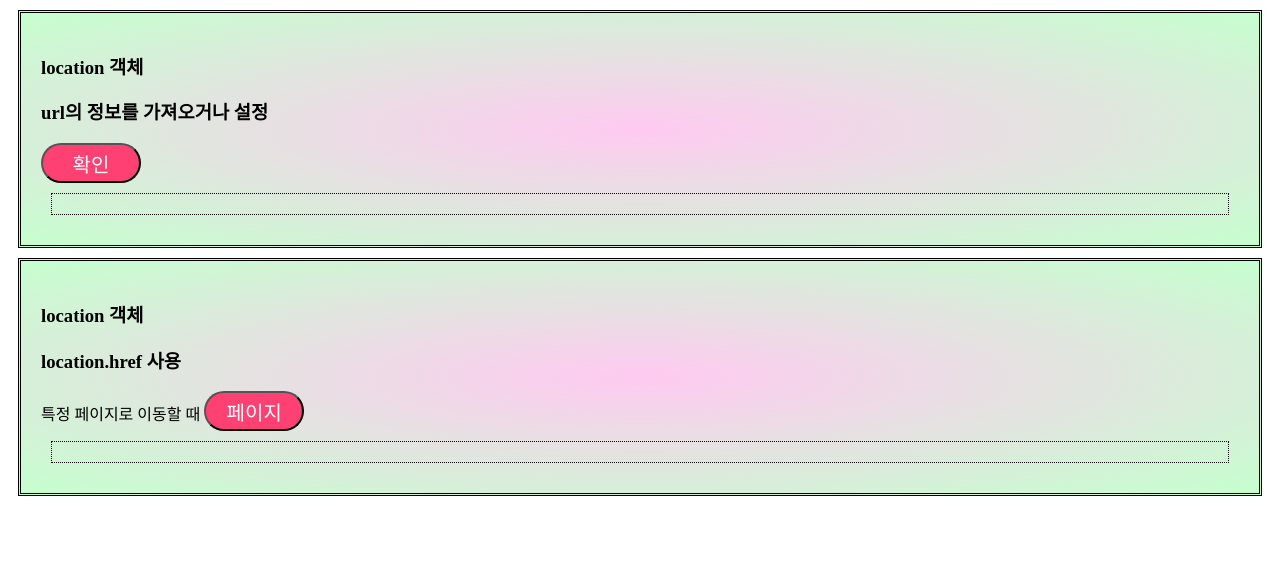
Repository: choidazzi/DDIT
Page: web programming/html/webpro/src/main/webapp/0512/location객체.html
An editor plug-in stored every save of this project. The page is shown before and after the next save, followed by the edit.
The browser window is 1280 px wide. The pictures show the whole page.

Above is the page before, as saved 2023-05-12 00:26:56.

### web programming/html/webpro/src/main/webapp/0512/location객체.html
<!DOCTYPE html>
<html>
<head>
<meta charset="UTF-8">
<title>Insert title here</title>
<link rel ="stylesheet" href="../css/my.css">
<script>
	proc1 = () => {
		vprotocol =location.protocol;
		vhostname = location.hostname;
		vport = location.port;
		vhost = location.host;
		vpathname = location.pathname;
		vhref = location.href;

		str = `protocol : ${vprotocol} <br>`;
		str += `hostname : ${vhostname} <br>`;
		str += `port : ${vport} <br>`;
		str += `host : ${vhost} <br>`;
		str += `pathname : ${vpathname} <br>`;
		str += `href : ${vhref} <br>`;

		document.getElementById('result1').innerHTML = str;
	}

	proc2 = () => {
		location.href = "../0510/Date객체.html"
	}
</script>
</head>
<body>
	<div class="box">
		<h3>location 객체</h3>
		<h3>url의 정보를 가져오거나 설정</h3>

		<input type="button" onclick="proc1()" value ="확인">
		<div id="result1" class="result"></div>
	</div>

	<div class="box">
		<h3>location 객체</h3>
		<h3>location.href 사용</h3>

		특정 페이지로 이동할 때
		<input type="button" onclick="location.htef='../0511/랜덤객체.html'" value ="페이지">
		<div id="result2" class="result"></div>
	</div>

</body>
</html>

### web programming/html/webpro/src/main/webapp/css/my.css
@charset "UTF-8";

pre {
	border: 4px double steelblue;
	border-left: none;
	border-right: none;
	background: #defedf;
	padding: 20px;
	margin: 10px;
	font-size: 1.5em;
}

.box {
	border: 3px double #000;
	margin: 10px;
	padding: 20px;
	background-image: radial-gradient(#FFCAF1,#C5FFCE);
}

.box input[type=button] {
		background: #fe4072;
		color: #fff;
		width: 100px;
		height: 40px;
		font-size: 20px;
		border-radius: 50px;
}

.box .result {
	border: 1px dotted black;
	margin: 10px;
	padding: 10px;
	font-size: 1.5rem;
}

After the next save:
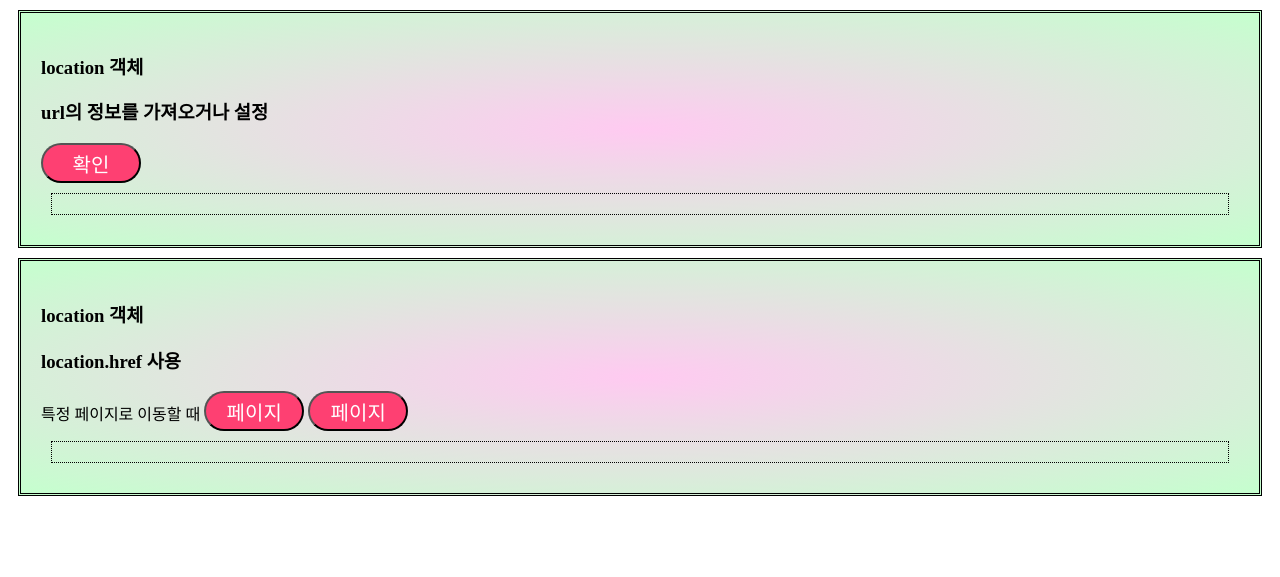
Console error (its wording comes from the project's code and is left out).
Saved 63 s later.
--- a/web programming/html/webpro/src/main/webapp/0512/location객체.html
+++ b/web programming/html/webpro/src/main/webapp/0512/location객체.html
@@ -42,6 +42,7 @@
 		<h3>location.href 사용</h3>
 
 		특정 페이지로 이동할 때
+		<input type="button" onclick="proc2()'" value ="페이지">
 		<input type="button" onclick="location.htef='../0511/랜덤객체.html'" value ="페이지">
 		<div id="result2" class="result"></div>
 	</div>

After the 2 saves that followed:
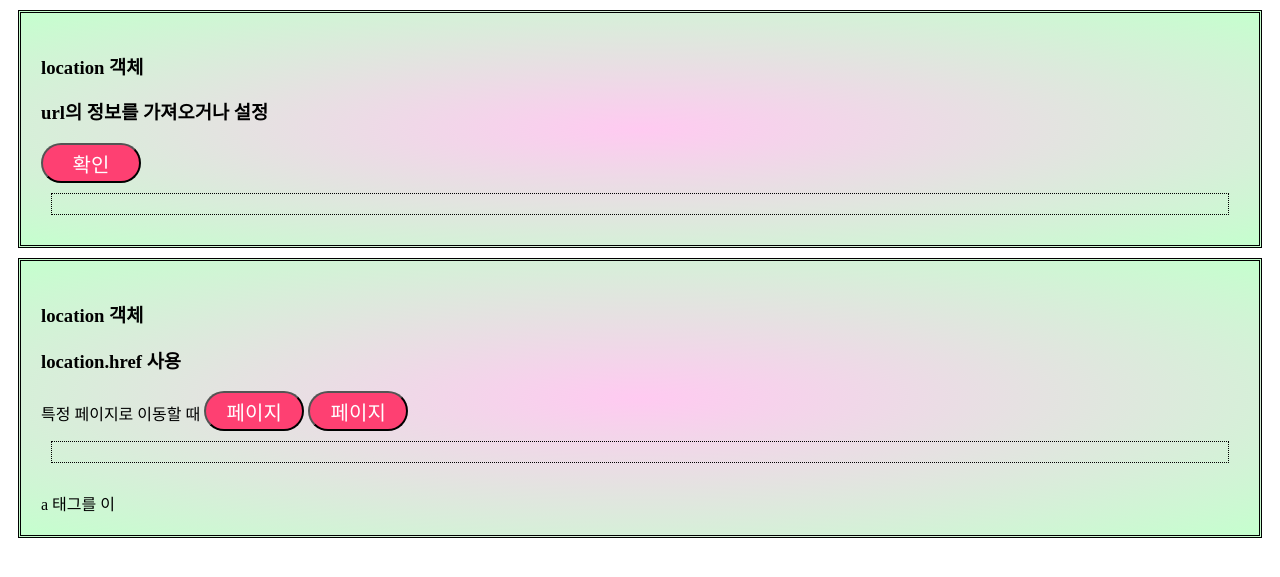
The error is gone.
The 2 saves are shown as one change because 1 left the picture as it was.
The last was saved 50 s later.
--- a/web programming/html/webpro/src/main/webapp/0512/location객체.html
+++ b/web programming/html/webpro/src/main/webapp/0512/location객체.html
@@ -42,9 +42,12 @@
 		<h3>location.href 사용</h3>
 
 		특정 페이지로 이동할 때
-		<input type="button" onclick="proc2()'" value ="페이지">
+		<input type="button" onclick="proc2()" value ="페이지">
 		<input type="button" onclick="location.htef='../0511/랜덤객체.html'" value ="페이지">
 		<div id="result2" class="result"></div>
+
+		<br>
+		a 태그를 이
 	</div>
 
 </body>
